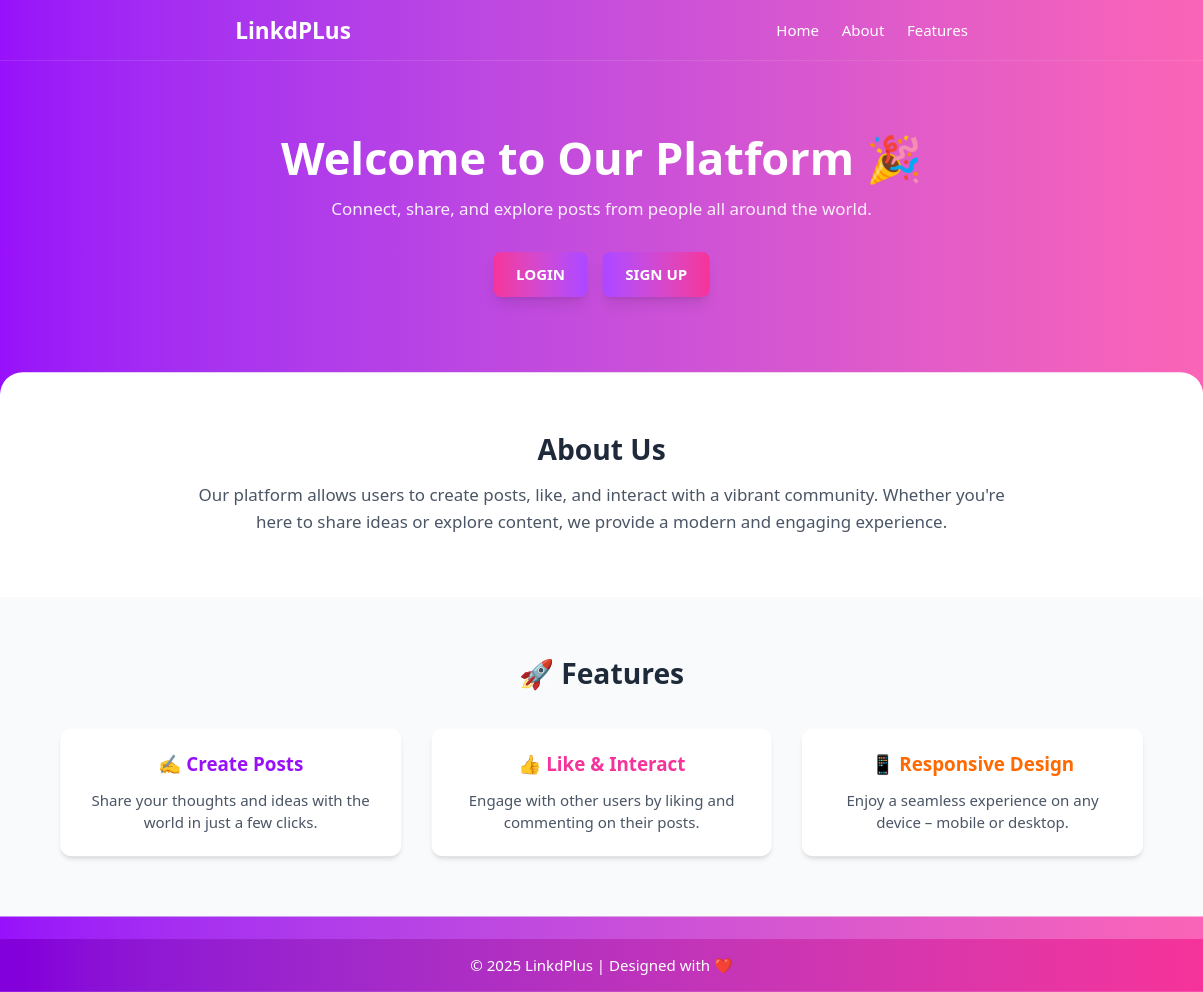
Repository: Tushal27/LinkdPlus-Frontend
Page: /
The author's editor kept a copy of each file at every save. The page is drawn from the files as they stood at one save, then again after the next save.
The browser window is 1280 px wide. The pictures show the whole page, at 94% of full size.
The project was rebuilt for these pictures with package versions that can differ from the ones it lists, and the page was loaded fresh each time. Also part of the build but not shown: vite.config.js, src/pages/Login.jsx, src/pages/Register.jsx, src/pages/Profile.jsx, src/components/CommentsDrawer.jsx, src/pages/Posts.jsx, src/pages/EditProfile.jsx. Imported but missing from the stored project, and not drawn on this page: src/components/PostCard, src/pages/Layout.

Above is the page before, as saved 2025-08-04 04:11:24.

### src/main.jsx
import { createRoot } from 'react-dom/client'
import AuthProvider from './context/AuthProvider'
import { BrowserRouter } from'react-router-dom'
import './index.css'
import App from './App.jsx'

createRoot(document.getElementById('root')).render(
    <BrowserRouter>
      <AuthProvider>
        <App />
      </AuthProvider>
    </BrowserRouter>
)

### src/context/AuthProvider.jsx
import { useEffect, useState } from "react";
import {jwtDecode} from "jwt-decode";
import api from "../api/axios";
import AuthContext from "./AuthContext";

export default function AuthProvider({ children }) {
  const [user, setUser] = useState(null);

  const Login = async (email, password) => {
    try {
      const res = await api.post("/login/", { email, password });
      localStorage.setItem("access", res.data.access);
      localStorage.setItem("refresh", res.data.refresh);
      setUser({ email });
      return true;
    } catch (err) {
      console.log(err);
      return false;
    }
  };

  const Register = async (email, password, re_password, first_name, last_name) => {
    try {
      await api.post("/register/", { email, password, re_password, first_name, last_name });
      await Login(email, password); // Auto login
      return true;
    } catch (err) {
      return err.response?.data || { detail: "Something went wrong" };
    }
  };

  const Logout = () => {
    localStorage.removeItem("access");
    localStorage.removeItem("refresh");
    setUser(null);
  };

  // 🔹 Auto Refresh Token Function
  const refreshAccessToken = async () => {
    try {
      const refresh = localStorage.getItem("refresh");
      if (!refresh) return Logout();

      const res = await api.post("/token/refresh/", { refresh });
      localStorage.setItem("access", res.data.access);
    } catch (err) {
      console.log("Failed to refresh token:", err);
      Logout();
    }
  };

  // 🔹 Check every 4 minutes (or before expiry)
  useEffect(() => {
    const interval = setInterval(() => {
      const access = localStorage.getItem("access");
      if (!access) return;

      try {
        const decoded = jwtDecode(access);
        if (decoded.exp * 1000 < Date.now() + 60000) {
          refreshAccessToken();
        }
      } catch {
        refreshAccessToken();
      }
    }, 4 * 60 * 1000); // every 4 mins

    return () => clearInterval(interval);
  }, []);

  return (
    <AuthContext.Provider value={{ user, Login, Register, Logout }}>
      {children}
    </AuthContext.Provider>
  );
}

### src/index.css
@import  "tailwindcss";

.bg-gradient{
   @apply bg-gradient-to-r from-blue-500 via-purple-500 to-pink-500;
}
.input-box{
    @apply w-full p-2 border mb-3 rounded;
}
.flex-center{
    @apply flex justify-center items-center;
}
.button-main{
    @apply text-white rounded-md ring text-2xl px-2 mx-2 focus:ring-blue-500;
}
.h1-main{
    @apply text-2xl sm:text-4xl  md:text-5xl lg:text-7xl
}

### src/App.jsx
import { Routes,Route } from "react-router-dom";
import Login from "./pages/Login";
import Register from "./pages/Register";
import HomePage from "./pages/HomePage";
import Profile from "./pages/Profile";
import Posts from "./pages/Posts";
import EditProfile from "./pages/EditProfile";
export default function App() {
  return (<>
      <Routes>
        <Route path="/" element={ <HomePage />}/>
        <Route path="/login" element={<Login/>} />
        <Route path="/Register" element={<Register/>} />
        <Route path="/Posts" element={<Posts/>} />
        <Route path="/Profile" element={<Profile/>} />
        <Route path="/Edit-Profile" element={<EditProfile/>} />

      </Routes>
      </>
  );
}

### src/api/axios.js
import axios from "axios";

const api = axios.create({
    baseURL: 'http://127.0.0.1:8000/api',
});

api.interceptors.request.use(
    (config) => {
        const token = localStorage.getItem("access");
        console.log("token");
        console.log(token);
        if (token) {
            config.headers.Authorization = `Bearer ${token}`;
        }
        return config;
    },
    (error) => Promise.reject(error)
);

export default api;

### src/context/authcontext.js
import { createContext } from "react";
export const AuthContext = createContext();

export default AuthContext;

### src/pages/HomePage.jsx
import React from "react";
import { useNavigate } from "react-router-dom";
import Navbar from "../components/Navbar";

export default function HomePage() {
  const navigate = useNavigate();

  return (
    <>
    <Navbar />
    <div className="min-h-screen flex flex-col items-center bg-gradient-to-r from-purple-600 to-pink-400">
      {/* ✅ Hero Section */}
      <section className="w-full max-w-6xl text-center py-20 px-6">
        <h1 className="text-4xl md:text-5xl font-bold text-white mb-4">
          Welcome to Our Platform 🎉
        </h1>
        <p className="text-lg text-white opacity-90 mb-8">
          Connect, share, and explore posts from people all around the world.
        </p>
        <div className="flex flex-col sm:flex-row gap-4 justify-center">
          <button
            onClick={() => navigate("/login")}
            className="px-6 py-3 rounded-lg bg-gradient-to-r from-pink-500 to-purple-500 text-white font-bold shadow-lg hover:from-pink-600 hover:to-purple-600 transition"
          >
            LOGIN
          </button>
          <button
            onClick={() => navigate("/register")}
            className="px-6 py-3 rounded-lg bg-gradient-to-r from-purple-500 to-pink-500 text-white font-bold shadow-lg hover:from-purple-600 hover:to-pink-600 transition"
          >
            SIGN UP
          </button>
        </div>
      </section>

      {/* ✅ About Section */}
      <section className="w-full bg-white py-16 px-6 rounded-t-3xl shadow-lg">
        <div className="max-w-4xl mx-auto text-center">
          <h2 className="text-3xl font-bold mb-4 text-gray-800">About Us</h2>
          <p className="text-gray-600 text-lg leading-relaxed">
            Our platform allows users to create posts, like, and interact with a
            vibrant community. Whether you're here to share ideas or explore
            content, we provide a modern and engaging experience.
          </p>
        </div>
      </section>

      {/* ✅ Features Section */}
      <section id="#features" className="w-full bg-gray-50 py-16 px-6">
        <div className="max-w-6xl mx-auto">
          <h2 className="text-3xl font-bold text-center mb-10 text-gray-800">
            🚀 Features
          </h2>
          <div className="grid grid-cols-1 md:grid-cols-3 gap-8">
            {/* Feature 1 */}
            <div className="bg-white p-6 rounded-xl shadow-md text-center hover:shadow-xl transition">
              <h3 className="text-xl font-semibold mb-3 text-purple-600">
                ✍ Create Posts
              </h3>
              <p className="text-gray-600">
                Share your thoughts and ideas with the world in just a few
                clicks.
              </p>
            </div>
            {/* Feature 2 */}
            <div className="bg-white p-6 rounded-xl shadow-md text-center hover:shadow-xl transition">
              <h3 className="text-xl font-semibold mb-3 text-pink-500">
                👍 Like & Interact
              </h3>
              <p className="text-gray-600">
                Engage with other users by liking and commenting on their posts.
              </p>
            </div>
            {/* Feature 3 */}
            <div className="bg-white p-6 rounded-xl shadow-md text-center hover:shadow-xl transition">
              <h3 className="text-xl font-semibold mb-3 text-orange-500">
                📱 Responsive Design
              </h3>
              <p className="text-gray-600">
                Enjoy a seamless experience on any device – mobile or desktop.
              </p>
            </div>
          </div>
        </div>
      </section>

      {/* ✅ Footer */}
      <footer className="w-full bg-gradient-to-r from-purple-700 to-pink-500 text-white text-center py-4 mt-6">
        © 2025 LinkdPlus | Designed with ❤
      </footer>
    </div>
    </>
  );
}

### src/components/Navbar.jsx
import React from "react";
import { Link, useNavigate } from "react-router-dom";

export default function Navbar() {
  const navigate = useNavigate();

  return (
    <nav className="bg-gradient-to-r from-purple-600 to-pink-400 px-6 py-4 shadow-lg">
      <div className=" max-w-7xl mx-auto flex items-center justify-around">
        {/* Logo */}
        <h1
          className="text-2xl font-bold text-white cursor-pointer"
          onClick={() => navigate("/")}
        >
          LinkdPLus
        </h1>

        {/* Links */}
        <div className="hidden md:flex gap-6 text-white font-medium">
          <Link to="/" className="hover:underline">
            Home
          </Link>
          <Link to="/about" className="hover:underline">
            About
          </Link>
          <Link to="/features" className="hover:underline">
            Features
          </Link>
        </div>
        </div>
    </nav>
  );
}

Loaded but not shown: index.html (common file)

After the next save:
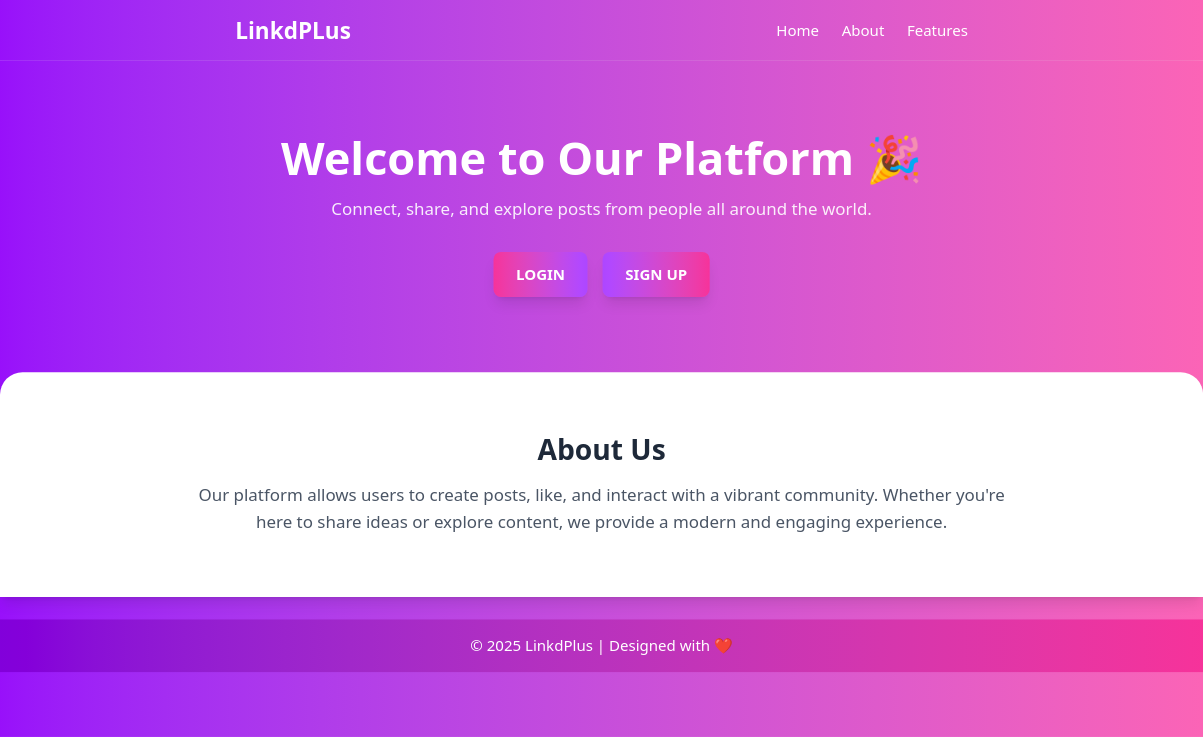
Saved 41 s later.
--- a/src/pages/HomePage.jsx
+++ b/src/pages/HomePage.jsx
@@ -45,44 +45,7 @@ export default function HomePage() {
         </div>
       </section>
 
-      {/* ✅ Features Section */}
-      <section id="#features" className="w-full bg-gray-50 py-16 px-6">
-        <div className="max-w-6xl mx-auto">
-          <h2 className="text-3xl font-bold text-center mb-10 text-gray-800">
-            🚀 Features
-          </h2>
-          <div className="grid grid-cols-1 md:grid-cols-3 gap-8">
-            {/* Feature 1 */}
-            <div className="bg-white p-6 rounded-xl shadow-md text-center hover:shadow-xl transition">
-              <h3 className="text-xl font-semibold mb-3 text-purple-600">
-                ✍ Create Posts
-              </h3>
-              <p className="text-gray-600">
-                Share your thoughts and ideas with the world in just a few
-                clicks.
-              </p>
-            </div>
-            {/* Feature 2 */}
-            <div className="bg-white p-6 rounded-xl shadow-md text-center hover:shadow-xl transition">
-              <h3 className="text-xl font-semibold mb-3 text-pink-500">
-                👍 Like & Interact
-              </h3>
-              <p className="text-gray-600">
-                Engage with other users by liking and commenting on their posts.
-              </p>
-            </div>
-            {/* Feature 3 */}
-            <div className="bg-white p-6 rounded-xl shadow-md text-center hover:shadow-xl transition">
-              <h3 className="text-xl font-semibold mb-3 text-orange-500">
-                📱 Responsive Design
-              </h3>
-              <p className="text-gray-600">
-                Enjoy a seamless experience on any device – mobile or desktop.
-              </p>
-            </div>
-          </div>
-        </div>
-      </section>
+
 
       {/* ✅ Footer */}
       <footer className="w-full bg-gradient-to-r from-purple-700 to-pink-500 text-white text-center py-4 mt-6">
